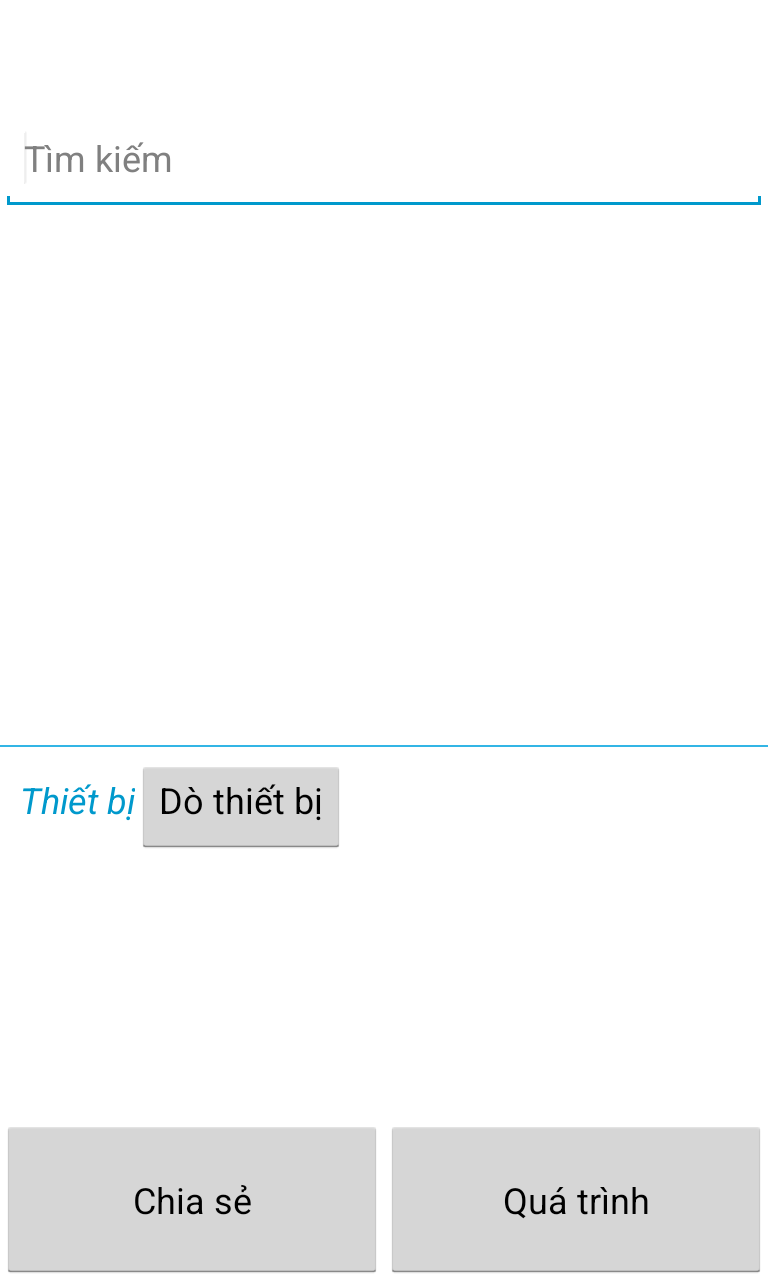
Repository: thinhnk55/android-appshare
Layout: ShareApp/res/layout/activity_main.xml
The author's editor kept a copy of each file at every save. The layout is drawn from the files as they stood at one save, then again after the next save.
It is drawn on a 768 x 1280 px phone screen (xhdpi) without system bars, with theme AppTheme; the app's code is not run.

Above is the layout before, as saved 2014-07-17 15:41:01.

After the next save:
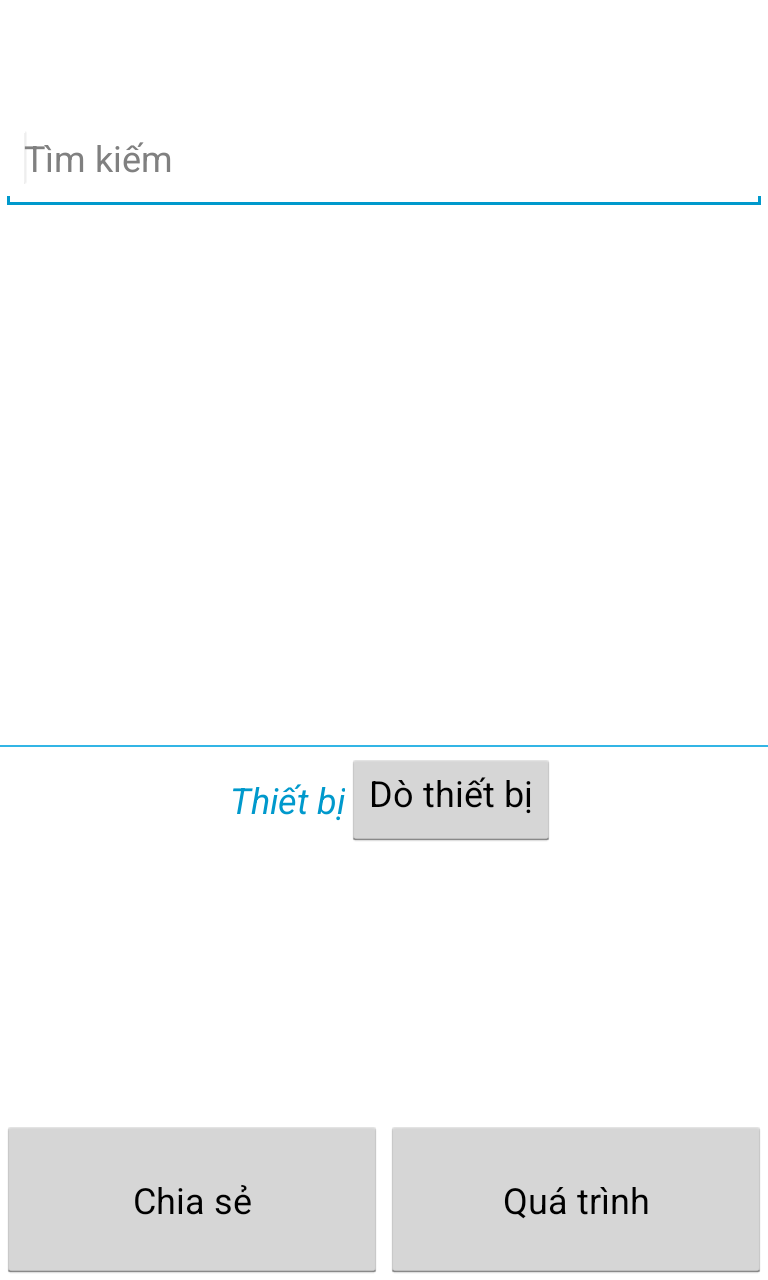
Saved 9 s later.
--- a/ShareApp/res/layout/activity_main.xml
+++ b/ShareApp/res/layout/activity_main.xml
@@ -53,7 +53,7 @@
                 android:layout_width="match_parent"
                 android:layout_height="0dp"
                 android:layout_weight="10"
-                android:layout_gravity="center" >
+                android:gravity="center" >
 
                 <TextView
                     android:id="@+id/textView1"
